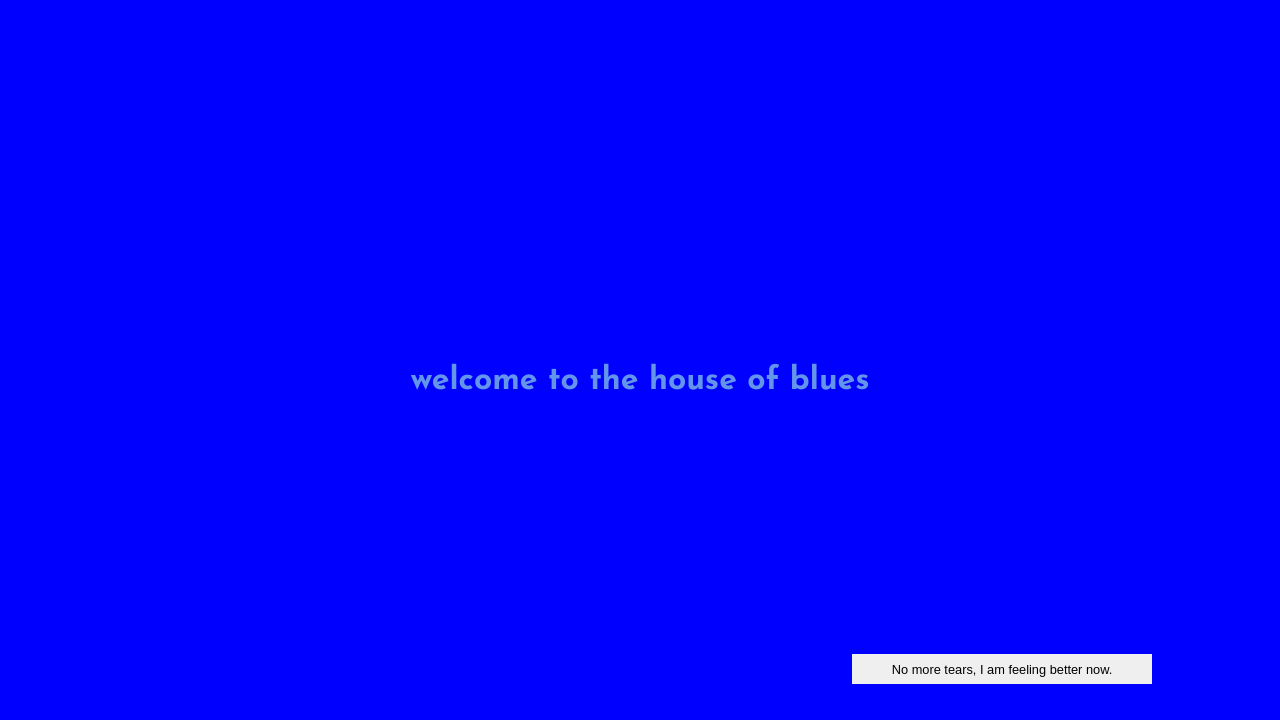
Repository: olivia-clarkeedwards/house-of-blues
Page: index.html
An editor plug-in stored every save of this project. The page is shown before and after a run of saves, followed by the edit.
The browser window is 1280 px wide. The pictures show the whole page.

Above is the page before, as saved 2023-02-16 12:47:54.

After the next 2 saves:
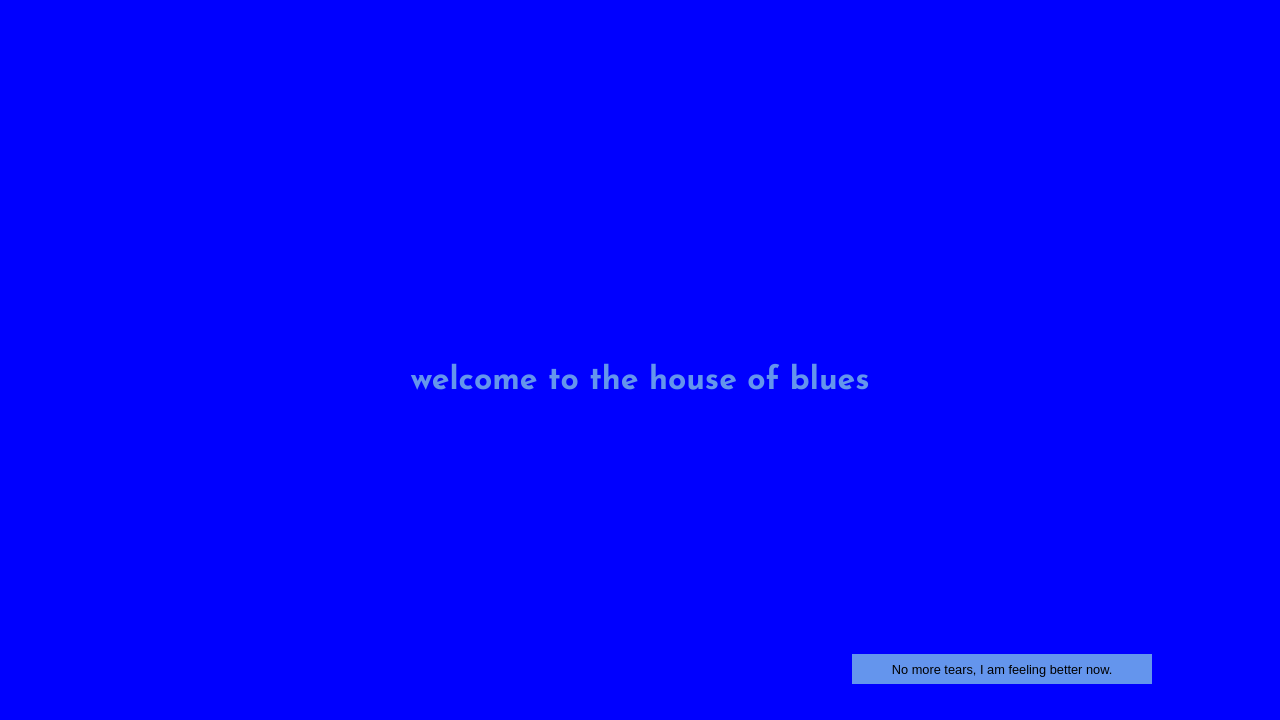
The 2 saves are shown as one change because they came seconds apart.
The last was saved 15 s later.
--- a/main.css
+++ b/main.css
@@ -31,7 +31,7 @@ button {
   bottom: 5%;
   right: 10%;
   border:none;
-  background-color: ;
+  background-color: cornflowerblue;
   font-size:0.8rem;
   cursor: pointer;
 }
